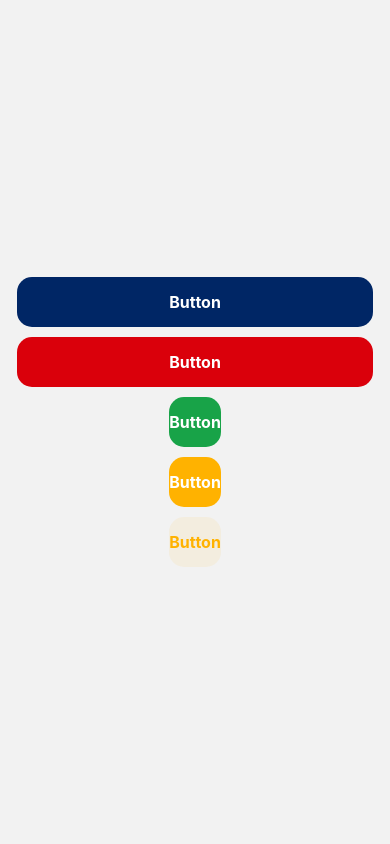
Repository: hungdomanh95/setuptheme
Screen: /
An editor plug-in stored every save of this project. The screen is shown before and after the next save, followed by the edit.
The app was drawn by React Native's web renderer in a window 390 px wide. The project was rebuilt for these pictures with package versions that can differ from the ones it lists, and the page was loaded fresh each time. Also part of the build but not shown: src/components/Fade/index.js, src/components/Slide/index.js.

Above is the screen before, as saved 2022-05-17 11:29:29.

After the next save:
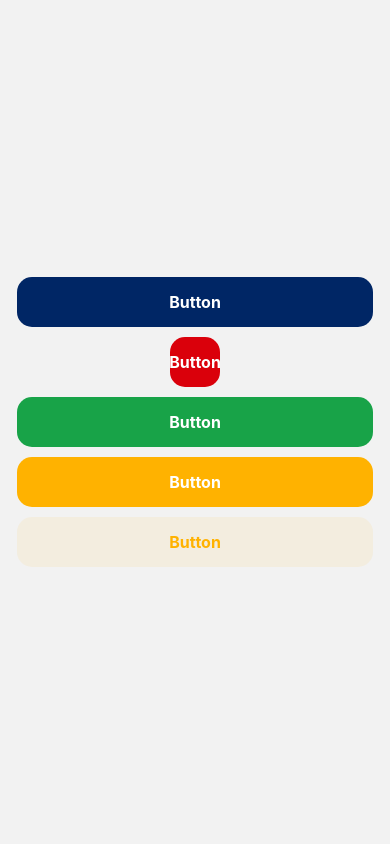
Saved 21 s later.
--- a/src/components/RNButton/index.js
+++ b/src/components/RNButton/index.js
@@ -19,7 +19,7 @@ const RNButton = props => {
     if(size === "fullsize") sizeBtn = SIZE.btn1
     else if(size === "medium") sizeBtn = SIZE.btn2
     else if(size === "small") sizeBtn = SIZE.btn3
-    else if(isNaN(size)) sizeBtn = size
+    else if(typeof size == 'number') sizeBtn = size
     console.log('isNaN(size): ', isNaN(undefined));
     console.log('size: ', size, sizeBtn);
     return sizeBtn;
